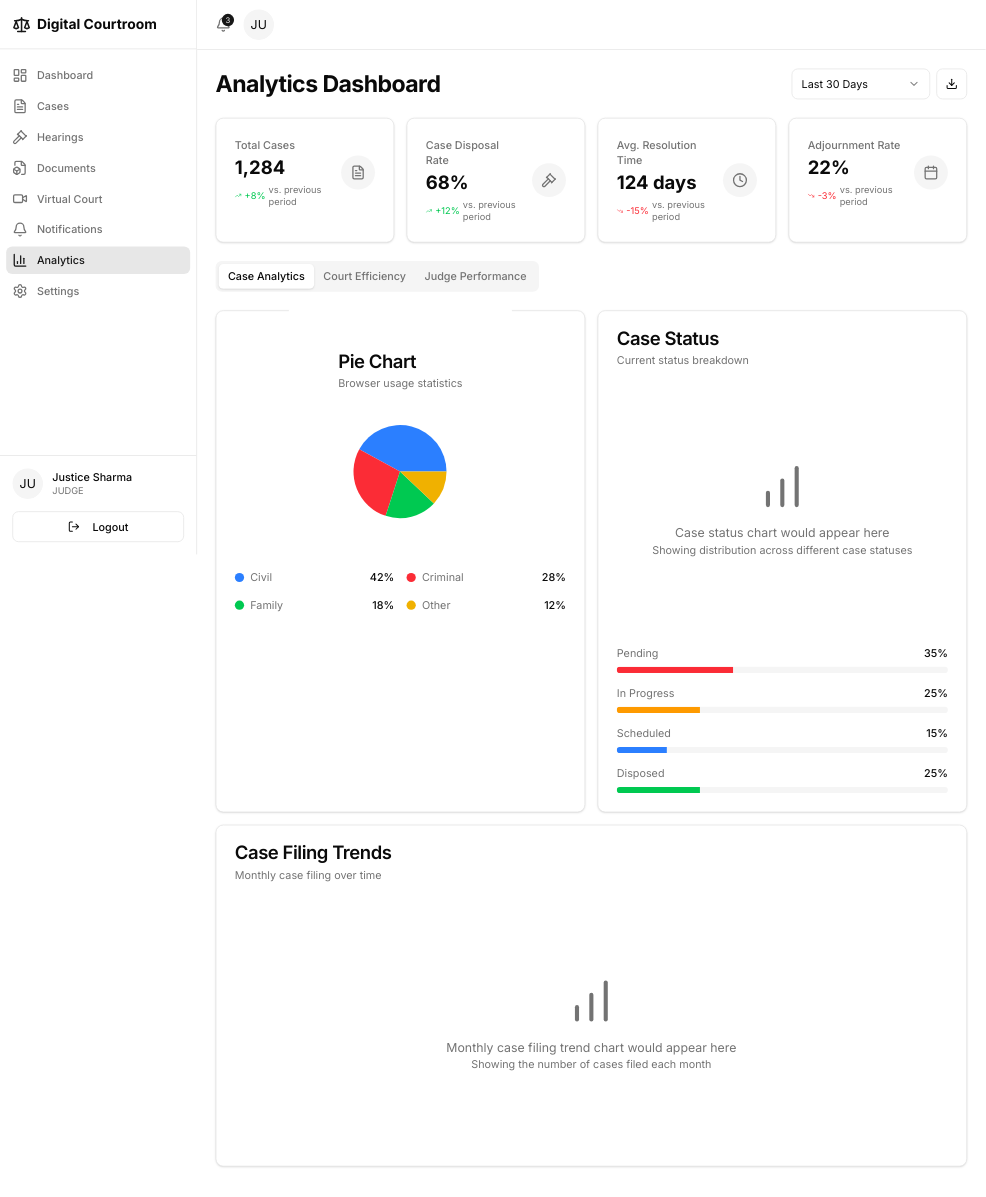
Repository: n0tank3sh/digicourt
Page: /analytics (app in frontend/)
An editor plug-in stored every save of this project. The page is shown before and after a run of saves, followed by the edit.
The browser window is 1280 px wide. The pictures show the whole page, at 77% of full size.
The project was rebuilt for these pictures with package versions that can differ from the ones it lists, and the page was loaded fresh each time. The framework's server and built-in components were replaced by stand-ins that run in the browser. Also part of the build but not shown: frontend/next.config.ts.

Above is the page before, as saved 2025-03-26 22:31:53.

### frontend/src/components/ui/card.tsx
import * as React from "react"

import { cn } from "@/lib/utils"

const Card = React.forwardRef<
  HTMLDivElement,
  React.HTMLAttributes<HTMLDivElement>
>(({ className, ...props }, ref) => (
  <div
    ref={ref}
    className={cn(
      "rounded-lg border bg-card text-card-foreground shadow-sm",
      className
    )}
    {...props}
  />
))
Card.displayName = "Card"

const CardHeader = React.forwardRef<
  HTMLDivElement,
  React.HTMLAttributes<HTMLDivElement>
>(({ className, ...props }, ref) => (
  <div
    ref={ref}
    className={cn("flex flex-col space-y-1.5 p-6", className)}
    {...props}
  />
))
CardHeader.displayName = "CardHeader"

const CardTitle = React.forwardRef<
  HTMLDivElement,
  React.HTMLAttributes<HTMLDivElement>
>(({ className, ...props }, ref) => (
  <div
    ref={ref}
    className={cn(
      "text-2xl font-semibold leading-none tracking-tight",
      className
    )}
    {...props}
  />
))
CardTitle.displayName = "CardTitle"

const CardDescription = React.forwardRef<
  HTMLDivElement,
  React.HTMLAttributes<HTMLDivElement>
>(({ className, ...props }, ref) => (
  <div
    ref={ref}
    className={cn("text-sm text-muted-foreground", className)}
    {...props}
  />
))
CardDescription.displayName = "CardDescription"

const CardContent = React.forwardRef<
  HTMLDivElement,
  React.HTMLAttributes<HTMLDivElement>
>(({ className, ...props }, ref) => (
  <div ref={ref} className={cn("p-6 pt-0", className)} {...props} />
))
CardContent.displayName = "CardContent"

const CardFooter = React.forwardRef<
  HTMLDivElement,
  React.HTMLAttributes<HTMLDivElement>
>(({ className, ...props }, ref) => (
  <div
    ref={ref}
    className={cn("flex items-center p-6 pt-0", className)}
    {...props}
  />
))
CardFooter.displayName = "CardFooter"

export { Card, CardHeader, CardFooter, CardTitle, CardDescription, CardContent }

### frontend/src/components/ui/tabs.tsx
"use client"

import * as React from "react"
import * as TabsPrimitive from "@radix-ui/react-tabs"

import { cn } from "@/lib/utils"

const Tabs = TabsPrimitive.Root

const TabsList = React.forwardRef<
  React.ElementRef<typeof TabsPrimitive.List>,
  React.ComponentPropsWithoutRef<typeof TabsPrimitive.List>
>(({ className, ...props }, ref) => (
  <TabsPrimitive.List
    ref={ref}
    className={cn(
      "inline-flex h-10 items-center justify-center rounded-md bg-muted p-1 text-muted-foreground",
      className
    )}
    {...props}
  />
))
TabsList.displayName = TabsPrimitive.List.displayName

const TabsTrigger = React.forwardRef<
  React.ElementRef<typeof TabsPrimitive.Trigger>,
  React.ComponentPropsWithoutRef<typeof TabsPrimitive.Trigger>
>(({ className, ...props }, ref) => (
  <TabsPrimitive.Trigger
    ref={ref}
    className={cn(
      "inline-flex items-center justify-center whitespace-nowrap rounded-sm px-3 py-1.5 text-sm font-medium ring-offset-background transition-all focus-visible:outline-none focus-visible:ring-2 focus-visible:ring-ring focus-visible:ring-offset-2 disabled:pointer-events-none disabled:opacity-50 data-[state=active]:bg-background data-[state=active]:text-foreground data-[state=active]:shadow-sm",
      className
    )}
    {...props}
  />
))
TabsTrigger.displayName = TabsPrimitive.Trigger.displayName

const TabsContent = React.forwardRef<
  React.ElementRef<typeof TabsPrimitive.Content>,
  React.ComponentPropsWithoutRef<typeof TabsPrimitive.Content>
>(({ className, ...props }, ref) => (
  <TabsPrimitive.Content
    ref={ref}
    className={cn(
      "mt-2 ring-offset-background focus-visible:outline-none focus-visible:ring-2 focus-visible:ring-ring focus-visible:ring-offset-2",
      className
    )}
    {...props}
  />
))
TabsContent.displayName = TabsPrimitive.Content.displayName

export { Tabs, TabsList, TabsTrigger, TabsContent }

### frontend/src/types/index.ts
// User Types
export enum UserRole {
  JUDGE = "JUDGE",
  LAWYER = "LAWYER",
  COURT_STAFF = "COURT_STAFF",
  CITIZEN = "CITIZEN",
  ADMIN = "ADMIN",
}

export interface User {
  id: string
  name: string
  email: string
  role: UserRole
  barId?: string // For lawyers
  courtId?: string // For judges and court staff
  createdAt: Date
  updatedAt: Date
}

// Case Types
export enum CaseStatus {
  FILED = "FILED",
  PENDING = "PENDING",
  IN_PROGRESS = "IN_PROGRESS",
  SCHEDULED = "SCHEDULED",
  ADJOURNED = "ADJOURNED",
  DISPOSED = "DISPOSED",
  CLOSED = "CLOSED",
}

export enum CaseType {
  CIVIL = "CIVIL",
  CRIMINAL = "CRIMINAL",
  FAMILY = "FAMILY",
  CORPORATE = "CORPORATE",
  CONSTITUTIONAL = "CONSTITUTIONAL",
  OTHER = "OTHER",
}

export interface Case {
  id: string
  caseNumber: string
  title: string
  description: string
  type: CaseType
  status: CaseStatus
  filingDate: Date
  plaintiffs: string[] // IDs of involved parties
  defendants: string[] // IDs of involved parties
  judgerId?: string
  courtId: string
  createdAt: Date
  updatedAt: Date
}

// Hearing Types
export enum HearingType {
  PHYSICAL = "PHYSICAL",
  VIRTUAL = "VIRTUAL",
  HYBRID = "HYBRID",
}

export enum HearingStatus {
  SCHEDULED = "SCHEDULED",
  IN_PROGRESS = "IN_PROGRESS",
  COMPLETED = "COMPLETED",
  ADJOURNED = "ADJOURNED",
  CANCELLED = "CANCELLED",
}

export interface Hearing {
  id: string
  caseId: string
  scheduledDate: Date
  actualDate?: Date
  type: HearingType
  status: HearingStatus
  location: string // Court room or virtual link
  notes?: string
  attendees: string[] // IDs of attendees
  createdAt: Date
  updatedAt: Date
}

// Document Types
export enum DocumentType {
  PETITION = "PETITION",
  EVIDENCE = "EVIDENCE",
  AFFIDAVIT = "AFFIDAVIT",
  JUDGMENT = "JUDGMENT",
  ORDER = "ORDER",
  NOTICE = "NOTICE",
  OTHER = "OTHER",
}

export interface Document {
  id: string
  caseId: string
  title: string
  type: DocumentType
  fileUrl: string
  fileSize: number
  mimeType: string
  uploadedBy: string // User ID
  isPublic: boolean
  version: number
  createdAt: Date
  updatedAt: Date
}

// Notification Types
export enum NotificationType {
  CASE_UPDATE = "CASE_UPDATE",
  HEARING_SCHEDULED = "HEARING_SCHEDULED",
  HEARING_RESCHEDULED = "HEARING_RESCHEDULED",
  DOCUMENT_UPLOADED = "DOCUMENT_UPLOADED",
  SUMMONS = "SUMMONS",
  JUDGMENT_DELIVERED = "JUDGMENT_DELIVERED",
  OTHER = "OTHER",
}

export interface Notification {
  id: string
  userId: string
  type: NotificationType
  title: string
  message: string
  relatedId?: string // ID of related entity (case, hearing, etc.)
  isRead: boolean
  createdAt: Date
}

// Court Types
export interface Court {
  id: string
  name: string
  type: string
  address: string
  jurisdiction: string
  contactNumber: string
  email: string
  createdAt: Date
  updatedAt: Date
}

// Analytics Types
export interface CaseAnalytics {
  totalCases: number
  pendingCases: number
  disposedCases: number
  averageDisposalTime: number // in days
  casesByType: Record<CaseType, number>
  casesByStatus: Record<CaseStatus, number>
  monthlyCaseFiling: { month: string; count: number }[]
}

export interface CourtAnalytics {
  totalHearings: number
  completedHearings: number
  adjournedHearings: number
  averageHearingDuration: number // in minutes
  hearingsByType: Record<HearingType, number>
  courtUtilization: number // percentage
}

### frontend/src/components/ui/button.tsx
import * as React from "react"
import { Slot } from "@radix-ui/react-slot"
import { cva, type VariantProps } from "class-variance-authority"

import { cn } from "@/lib/utils"

const buttonVariants = cva(
  "inline-flex items-center justify-center gap-2 whitespace-nowrap rounded-md text-sm font-medium ring-offset-background transition-colors focus-visible:outline-none focus-visible:ring-2 focus-visible:ring-ring focus-visible:ring-offset-2 disabled:pointer-events-none disabled:opacity-50 [&_svg]:pointer-events-none [&_svg]:size-4 [&_svg]:shrink-0",
  {
    variants: {
      variant: {
        default: "bg-primary text-primary-foreground hover:bg-primary/90",
        destructive:
          "bg-destructive text-destructive-foreground hover:bg-destructive/90",
        outline:
          "border border-input bg-background hover:bg-accent hover:text-accent-foreground",
        secondary:
          "bg-secondary text-secondary-foreground hover:bg-secondary/80",
        ghost: "hover:bg-accent hover:text-accent-foreground",
        link: "text-primary underline-offset-4 hover:underline",
      },
      size: {
        default: "h-10 px-4 py-2",
        sm: "h-9 rounded-md px-3",
        lg: "h-11 rounded-md px-8",
        icon: "h-10 w-10",
      },
    },
    defaultVariants: {
      variant: "default",
      size: "default",
    },
  }
)

export interface ButtonProps
  extends React.ButtonHTMLAttributes<HTMLButtonElement>,
    VariantProps<typeof buttonVariants> {
  asChild?: boolean
}

const Button = React.forwardRef<HTMLButtonElement, ButtonProps>(
  ({ className, variant, size, asChild = false, ...props }, ref) => {
    const Comp = asChild ? Slot : "button"
    return (
      <Comp
        className={cn(buttonVariants({ variant, size, className }))}
        ref={ref}
        {...props}
      />
    )
  }
)
Button.displayName = "Button"

export { Button, buttonVariants }

### frontend/src/components/ui/piechart.tsx
"use client"
import { TrendingUp } from "lucide-react"
import { Pie, PieChart } from "recharts"
import {
    Card,
    CardContent,
    CardDescription,
    CardHeader,
    CardTitle,

} from "@/components/ui/card"
import {
    ChartConfig,
    ChartContainer,
    ChartTooltip,
    ChartTooltipContent,
} from "@/components/ui/chart"
const chartData = [
    { browser: "Civil", visitors: 42, fill: "var(--color-blue-500)" },
    { browser: "Criminal", visitors: 28, fill: "var(--color-red-500)" },
    { browser: "Family", visitors: 18, fill: "var(--color-green-500)" },
    { browser: "other", visitors: 12, fill: "var(--color-yellow-500)" },
]
const chartConfig = {
    visitors: {
        label: "Visitors",
    },
    chrome: {
        label: "Chrome",
        color: "hsl(var(--chart-1))",
    },
    safari: {
        label: "Safari",
        color: "hsl(var(--chart-2))",
    },
    firefox: {
        label: "Firefox",
        color: "hsl(var(--chart-3))",
    },
    edge: {
        label: "Edge",
        color: "hsl(var(--chart-4))",
    },
    other: {
        label: "Other",
        color: "hsl(var(--chart-5))",
    },
} satisfies ChartConfig
export function PieChartComponent() {
    return (
        <Card className="flex flex-col shadow-none  border-none p-10 ">
            <CardHeader className="bg-transparent">
               <CardTitle>Pie Chart</CardTitle>
                <CardDescription>Browser usage statistics</CardDescription>

            </CardHeader>
            <CardContent className="flex-1 h-96 pb-0 ">
                <ChartContainer
                    config={chartConfig}
                    className="mx-auto   aspect-square max-h-[250px] pb-0 [&_.recharts-pie-label-text]:fill-foreground"
                >
                    <PieChart>
                        <ChartTooltip content={<ChartTooltipContent hideLabel/>} />
                        <Pie data={chartData} dataKey="visitors"  nameKey="browser" />
                    </PieChart>
                </ChartContainer>
            </CardContent>

        </Card>
    )
}

### frontend/src/components/ui/avatar.tsx
"use client"

import * as React from "react"
import * as AvatarPrimitive from "@radix-ui/react-avatar"

import { cn } from "@/lib/utils"

const Avatar = React.forwardRef<
  React.ElementRef<typeof AvatarPrimitive.Root>,
  React.ComponentPropsWithoutRef<typeof AvatarPrimitive.Root>
>(({ className, ...props }, ref) => (
  <AvatarPrimitive.Root
    ref={ref}
    className={cn(
      "relative flex h-10 w-10 shrink-0 overflow-hidden rounded-full",
      className
    )}
    {...props}
  />
))
Avatar.displayName = AvatarPrimitive.Root.displayName

const AvatarImage = React.forwardRef<
  React.ElementRef<typeof AvatarPrimitive.Image>,
  React.ComponentPropsWithoutRef<typeof AvatarPrimitive.Image>
>(({ className, ...props }, ref) => (
  <AvatarPrimitive.Image
    ref={ref}
    className={cn("aspect-square h-full w-full", className)}
    {...props}
  />
))
AvatarImage.displayName = AvatarPrimitive.Image.displayName

const AvatarFallback = React.forwardRef<
  React.ElementRef<typeof AvatarPrimitive.Fallback>,
  React.ComponentPropsWithoutRef<typeof AvatarPrimitive.Fallback>
>(({ className, ...props }, ref) => (
  <AvatarPrimitive.Fallback
    ref={ref}
    className={cn(
      "flex h-full w-full items-center justify-center rounded-full bg-muted",
      className
    )}
    {...props}
  />
))
AvatarFallback.displayName = AvatarPrimitive.Fallback.displayName

export { Avatar, AvatarImage, AvatarFallback }

### frontend/src/components/ui/sheet.tsx
"use client"

import * as React from "react"
import * as SheetPrimitive from "@radix-ui/react-dialog"
import { cva, type VariantProps } from "class-variance-authority"
import { X } from "lucide-react"

import { cn } from "@/lib/utils"

const Sheet = SheetPrimitive.Root

const SheetTrigger = SheetPrimitive.Trigger

const SheetClose = SheetPrimitive.Close

const SheetPortal = SheetPrimitive.Portal

const SheetOverlay = React.forwardRef<
  React.ElementRef<typeof SheetPrimitive.Overlay>,
  React.ComponentPropsWithoutRef<typeof SheetPrimitive.Overlay>
>(({ className, ...props }, ref) => (
  <SheetPrimitive.Overlay
    className={cn(
      "fixed inset-0 z-50 bg-black/80  data-[state=open]:animate-in data-[state=closed]:animate-out data-[state=closed]:fade-out-0 data-[state=open]:fade-in-0",
      className
    )}
    {...props}
    ref={ref}
  />
))
SheetOverlay.displayName = SheetPrimitive.Overlay.displayName

const sheetVariants = cva(
  "fixed z-50 gap-4 bg-background p-6 shadow-lg transition ease-in-out data-[state=open]:animate-in data-[state=closed]:animate-out data-[state=closed]:duration-300 data-[state=open]:duration-500",
  {
    variants: {
      side: {
        top: "inset-x-0 top-0 border-b data-[state=closed]:slide-out-to-top data-[state=open]:slide-in-from-top",
        bottom:
          "inset-x-0 bottom-0 border-t data-[state=closed]:slide-out-to-bottom data-[state=open]:slide-in-from-bottom",
        left: "inset-y-0 left-0 h-full w-3/4 border-r data-[state=closed]:slide-out-to-left data-[state=open]:slide-in-from-left sm:max-w-sm",
        right:
          "inset-y-0 right-0 h-full w-3/4  border-l data-[state=closed]:slide-out-to-right data-[state=open]:slide-in-from-right sm:max-w-sm",
      },
    },
    defaultVariants: {
      side: "right",
    },
  }
)

interface SheetContentProps
  extends React.ComponentPropsWithoutRef<typeof SheetPrimitive.Content>,
    VariantProps<typeof sheetVariants> {}

const SheetContent = React.forwardRef<
  React.ElementRef<typeof SheetPrimitive.Content>,
  SheetContentProps
>(({ side = "right", className, children, ...props }, ref) => (
  <SheetPortal>
    <SheetOverlay />
    <SheetPrimitive.Content
      ref={ref}
      className={cn(sheetVariants({ side }), className)}
      {...props}
    >
      {children}
      <SheetPrimitive.Close className="absolute right-4 top-4 rounded-sm opacity-70 ring-offset-background transition-opacity hover:opacity-100 focus:outline-none focus:ring-2 focus:ring-ring focus:ring-offset-2 disabled:pointer-events-none data-[state=open]:bg-secondary">
        <X className="h-4 w-4" />
        <span className="sr-only">Close</span>
      </SheetPrimitive.Close>
    </SheetPrimitive.Content>
  </SheetPortal>
))
SheetContent.displayName = SheetPrimitive.Content.displayName

const SheetHeader = ({
  className,
  ...props
}: React.HTMLAttributes<HTMLDivElement>) => (
  <div
    className={cn(
      "flex flex-col space-y-2 text-center sm:text-left",
      className
    )}
    {...props}
  />
)
SheetHeader.displayName = "SheetHeader"

const SheetFooter = ({
  className,
  ...props
}: React.HTMLAttributes<HTMLDivElement>) => (
  <div
    className={cn(
      "flex flex-col-reverse sm:flex-row sm:justify-end sm:space-x-2",
      className
    )}
    {...props}
  />
)
SheetFooter.displayName = "SheetFooter"

const SheetTitle = React.forwardRef<
  React.ElementRef<typeof SheetPrimitive.Title>,
  React.ComponentPropsWithoutRef<typeof SheetPrimitive.Title>
>(({ className, ...props }, ref) => (
  <SheetPrimitive.Title
    ref={ref}
    className={cn("text-lg font-semibold text-foreground", className)}
    {...props}
  />
))
SheetTitle.displayName = SheetPrimitive.Title.displayName

const SheetDescription = React.forwardRef<
  React.ElementRef<typeof SheetPrimitive.Description>,
  React.ComponentPropsWithoutRef<typeof SheetPrimitive.Description>
>(({ className, ...props }, ref) => (
  <SheetPrimitive.Description
    ref={ref}
    className={cn("text-sm text-muted-foreground", className)}
    {...props}
  />
))
SheetDescription.displayName = SheetPrimitive.Description.displayName

export {
  Sheet,
  SheetPortal,
  SheetOverlay,
  SheetTrigger,
  SheetClose,
  SheetContent,
  SheetHeader,
  SheetFooter,
  SheetTitle,
  SheetDescription,
}

Loaded but not shown: frontend/src/app/layout.tsx (common file); frontend/src/components/theme-provider.tsx (common file); frontend/src/lib/utils.ts (common file); frontend/src/app/analytics/page.tsx (352 lines, source omitted); frontend/src/components/ui/chart.tsx (365 lines, source omitted); frontend/src/components/layout/main-layout.tsx (187 lines, source omitted); frontend/src/app/globals.css (200 lines, source omitted); frontend/src/components/ui/select.tsx (160 lines, source omitted)

After the next 2 saves:
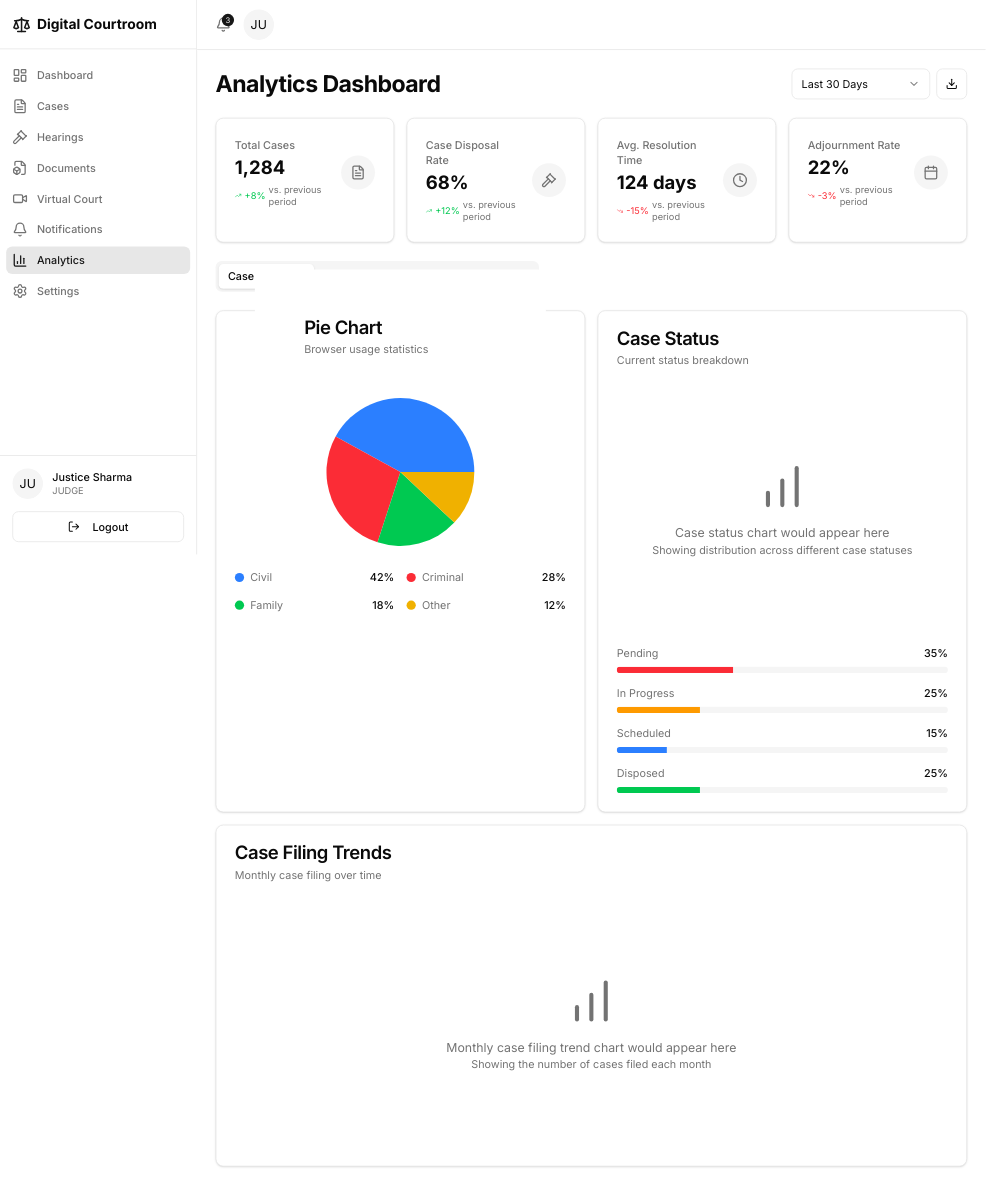
The 2 saves are shown as one change because they came seconds apart.
The last was saved 5 s later.
--- a/frontend/src/components/ui/piechart.tsx
+++ b/frontend/src/components/ui/piechart.tsx
@@ -54,10 +54,10 @@
                 <CardDescription>Browser usage statistics</CardDescription>
 
             </CardHeader>
-            <CardContent className="flex-1 h-96 pb-0 ">
+            <CardContent className="flex-1  pb-0 ">
                 <ChartContainer
                     config={chartConfig}
-                    className="mx-auto   aspect-square max-h-[250px] pb-0 [&_.recharts-pie-label-text]:fill-foreground"
+                    className="mx-auto h-96   aspect-square max-h-[250px] pb-0 [&_.recharts-pie-label-text]:fill-foreground"
                 >
                     <PieChart>
                         <ChartTooltip content={<ChartTooltipContent hideLabel/>} />

After the save that followed:
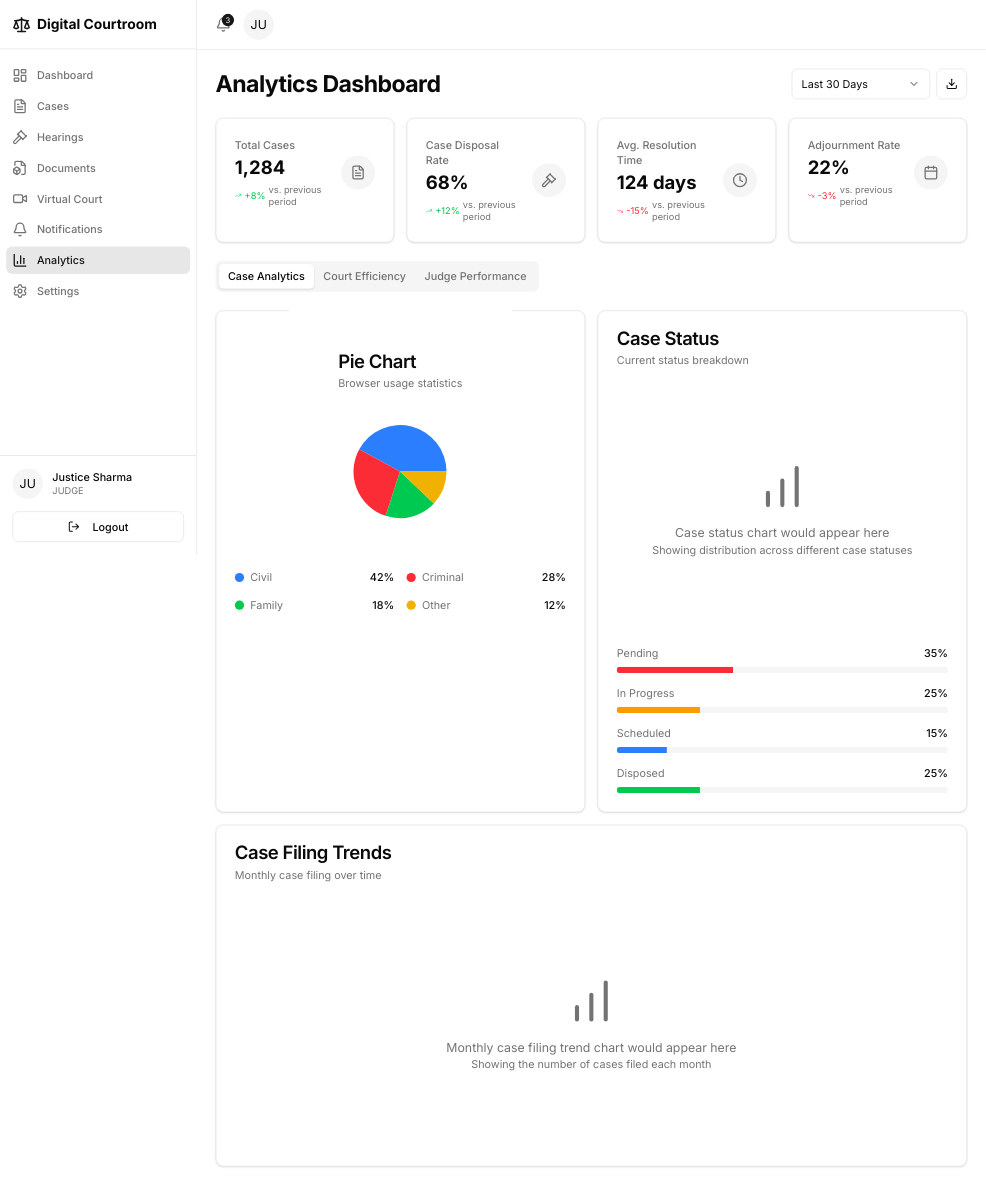
Saved 7 s later.
--- a/frontend/src/components/ui/piechart.tsx
+++ b/frontend/src/components/ui/piechart.tsx
@@ -57,7 +57,7 @@
             <CardContent className="flex-1  pb-0 ">
                 <ChartContainer
                     config={chartConfig}
-                    className="mx-auto h-96   aspect-square max-h-[250px] pb-0 [&_.recharts-pie-label-text]:fill-foreground"
+                    className="mx-auto   aspect-square max-h-[250px] pb-0 [&_.recharts-pie-label-text]:fill-foreground"
                 >
                     <PieChart>
                         <ChartTooltip content={<ChartTooltipContent hideLabel/>} />
